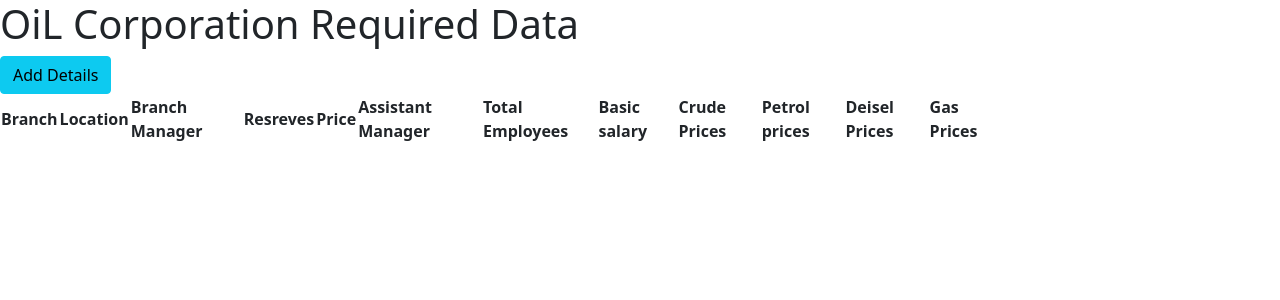
Repository: veerrajuMareddi/demo
Page: http://localhost/OilCorporation/views/unique.jsp
An editor plug-in stored every save of this project. The page is shown before and after the next save, followed by the edit.
The browser window is 1280 px wide. The pictures show the whole page.
The page is served by Tomcat 9. Other server files are loaded and not shown. The template is opened directly, without the code that normally fills it, so the values that code supplies are empty.

Above is the page before, as saved 2022-05-03 13:40:27.

### OilCorporation/src/main/webapp/views/unique.jsp

<%@ page language="java" contentType="text/html; charset=ISO-8859-1"
pageEncoding="ISO-8859-1"%>
<%@ taglib uri="http://www.springframework.org/tags/form" prefix="form"%>
<%@taglib prefix="c" uri="http://java.sun.com/jsp/jstl/core"%>
<!DOCTYPE html>
<html>
<head>
<link
	href="https://cdn.jsdelivr.net/npm/bootstrap@5.1.3/dist/css/bootstrap.min.css"
	rel="stylesheet"
	integrity="sha384-1BmE4kWBq78iYhFldvKuhfTAU6auU8tT94WrHftjDbrCEXSU1oBoqyl2QvZ6jIW3"
	crossorigin="anonymous">
	<script
	src="https://cdn.jsdelivr.net/npm/bootstrap@5.1.3/dist/js/bootstrap.bundle.min.js"
	integrity="sha384-ka7Sk0Gln4gmtz2MlQnikT1wXgYsOg+OMhuP+IlRH9sENBO0LRn5q+8nbTov4+1p"
	crossorigin="anonymous"></script>
<meta charset="ISO-8859-1">
<title>BranvhDetails</title>
</head>
<body style="background-color: white;">
<style>
	form {
		width: 300px;
		margin: 0 auto;
	}
</style>
<h1>OiL Corporation Required Data</h1>
<a class="btn btn-info" href="/src/callsave">Add Details</a>

<br>
<table style="width:1000px" >
                <tr style="text-align:center">


<tr>
<center>
<th>Branch</th>
<th>Location</th>
<th>Branch Manager</th>
<th>Resreves</th>
<th>Price</th>
<th>Assistant Manager</th>
<th>Total Employees</th>
<th>Basic salary</th>
<th>Crude Prices</th>
<th>Petrol prices</th>
<th>Deisel Prices</th>
<th>Gas Prices</th>
</center>

</tr>
<tr>
<center>
<td>${getId.corp.branch}</td>
<td>${getId.corp.location}</td>
<td>${getId.corp.branchManager}</td>
<td>${getId.corp.oilReserves}</td>
<td>${getId.corp.barrelPrice}</td>
<td>${getId.assistManager}</td>
<td>${getId.toatalEmployees}</td>
<td>${getId.salary}</td>
<td>${getId.corp.prices.crudePrice}</td>
<td>${getId.corp.prices.petrolPrice}</td>
<td>${getId.corp.prices.dieselPrice}</td>
<td>${getId.corp.prices.gasPrice}</td>

</center>
</tr>
</table>
</body>
</html>

After the next save:
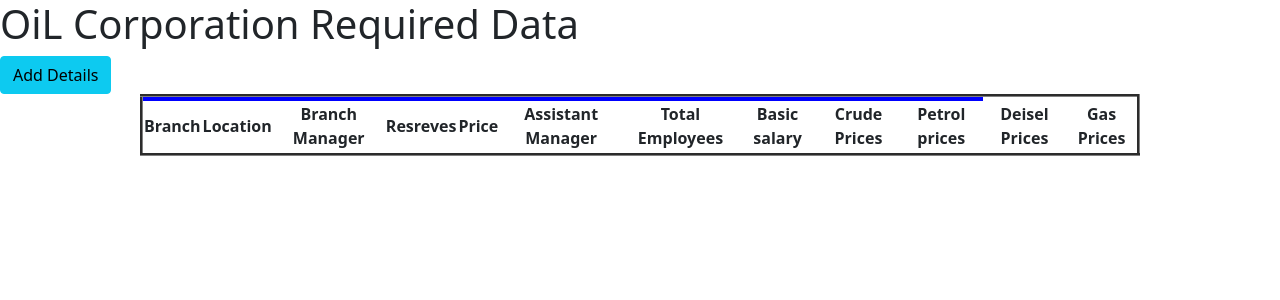
Saved 55 s later.
--- a/OilCorporation/src/main/webapp/views/unique.jsp
+++ b/OilCorporation/src/main/webapp/views/unique.jsp
@@ -29,10 +29,12 @@ pageEncoding="ISO-8859-1"%>
 <a class="btn btn-info" href="/src/callsave">Add Details</a>
 
 <br>
-<table style="width:1000px" >
-                <tr style="text-align:center">
-
-
+<center>
+<table border="3" width=1000 style="text-align:center">
+ <TR>
+  <TD colspan="10" bgcolor="blue" height="5"></TD>
+  </TR>
+</center>
 <tr>
 <center>
 <th>Branch</th>
